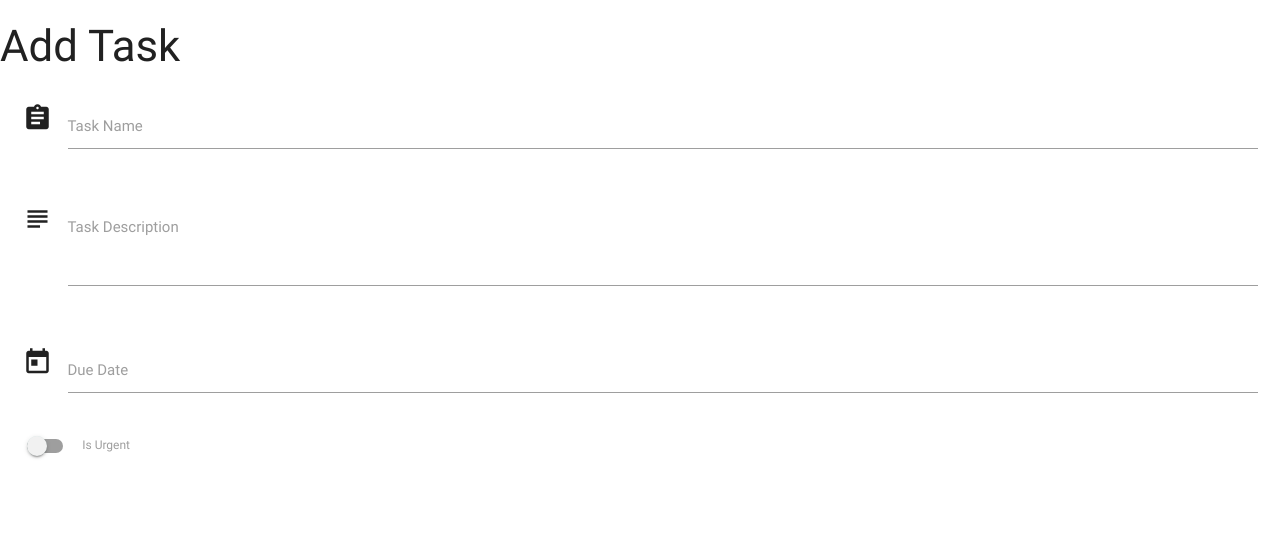
Repository: kalkiboru111/task-manager
Page: http://localhost/add_task
The author's editor kept a record of every edit. The page is drawn from the files as they stood at one moment, then again after the next edit.
The browser window is 1280 px wide. The pictures show the whole page.
The page is served by the project's application, run on Flask 3 (app.py). Queries for data that is not in the repository find no rows.

Above is the page before.
Console error: TypeError: $(...).formSelect is not a function

### templates/addtask.html
{% extends 'base.html' %} {% block content %}
<h3>Add Task</h3>
<div class="row">
    <form action="" method="POST" class="col s12">
        <div class="row">
            <div class="input-field col s12">
                <i class="material-icons prefix">assignment</i>
                <input id="task_name" name="task_name" type="text">
                <label for="icon_prefix">Task Name</label>
            </div>
        </div>
        <div class="row">
            <div class="input-field col s12">
                <i class="material-icons prefix">subject</i>
                <textarea name="task_description" id="task_description" class="materialize-textarea"></textarea>
                <label for="icon_telephone">Task Description</label>
            </div>
        </div>
        <div class="row">
            <div class="input-field col s12" id="matfix">
                <i class="material-icons prefix">today</i>
                <input id="due_date" name="due_date" type="text" class="datepicker">
                <label for="icon_prefix">Due Date</label>
            </div>
        </div>
        <div class="row">
            <div class="switch">
                <label>
                  <input id="is_urgent" name="is_urgent" type="checkbox">
                  <span class="lever"></span>
                  Is Urgent
                </label>
            </div>
        </div>
    </form>
</div>

{% endblock %}

### templates/base.html
<!DOCTYPE html>
<html>

<head>
    <link href="https://fonts.googleapis.com/icon?family=Material+Icons" rel="stylesheet">
    <link rel="stylesheet" href="https://cdnjs.cloudflare.com/ajax/libs/materialize/0.100.2/css/materialize.min.css">
</head>

<body>
    {% block content %} {% endblock %}
    <script src="https://cdnjs.cloudflare.com/ajax/libs/jquery/3.4.1/jquery.min.js" integrity="sha256-CSXorXvZcTkaix6Yvo6HppcZGetbYMGWSFlBw8HfCJo=" crossorigin="anonymous"></script>
    <script src="https://cdnjs.cloudflare.com/ajax/libs/materialize/0.100.2/js/materialize.min.js"></script>
    <script type="text/javascript">
        $(document).ready(function() {
            $('.collapsible').collapsible();
            $('select').formSelect();

            $('.datepicker').pickadate({
                selectMonths: true, // Creates a dropdown to control month
                selectYears: 15, // Creates a dropdown of 15 years to control year,
                today: 'Today',
                clear: 'Clear',
                close: 'Ok',
                closeOnSelect: false // Close upon selecting a date,
            });

            document.getElementById("matfix").addEventListener("click", function(e) {
                e.stopPropagation();
            });
        })
    </script>

</body>

</html>

### app.py
import os
from flask import Flask, render_template, request, redirect, url_for
from flask_pymongo import PyMongo
from bson.objectid import ObjectId


app = Flask(__name__)

app.config["MONGO_DBNAME"] = "task manager"
app.config["MONGO_URI"] = "mongodb+srv://root:83ZQythXiDEUTHCq@myfirstcluster-qstcj.mongodb.net/task_manager?retryWrites=true&w=majority"

mongo = PyMongo(app)

@app.route('/')
@app.route('/get_tasks')
def get_tasks():
    return render_template("tasks.html", tasks=mongo.db.tasks.find())

@app.route('/add_task')
def add_task():
    return render_template("addtask.html",
        categories=mongo.db.categories.find())

if __name__ == '__main__':
    app.run(host=os.environ.get('IP'),
    port=int(os.environ.get('PORT')),
    debug=True)

After the next edit:
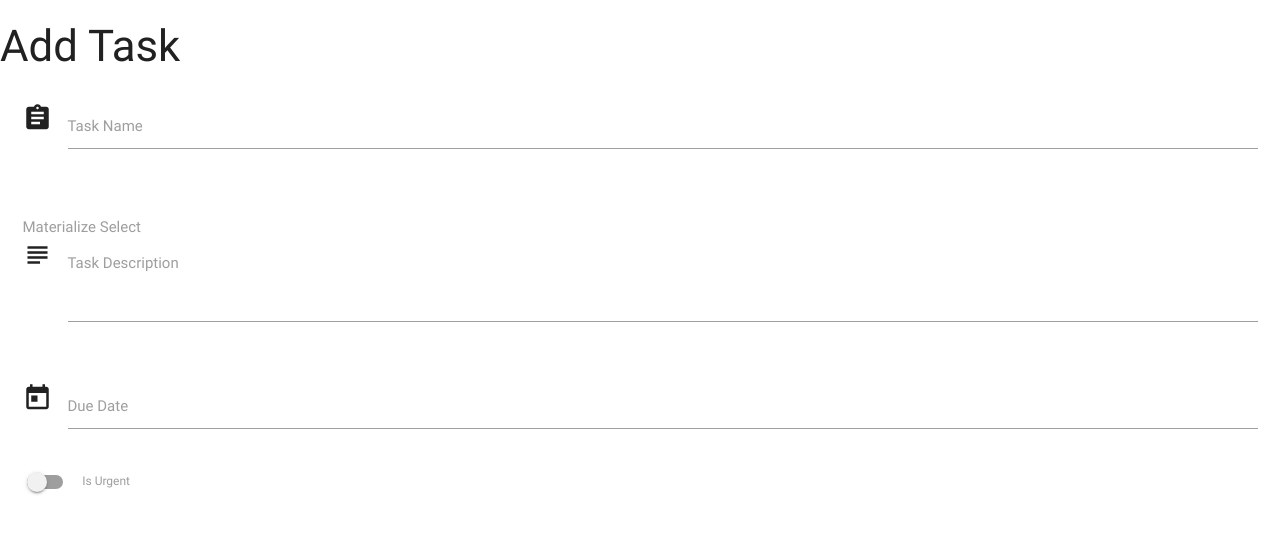
The edit:
--- a/templates/addtask.html
+++ b/templates/addtask.html
@@ -9,6 +9,19 @@
                 <label for="icon_prefix">Task Name</label>
             </div>
         </div>
+        <div class="row">
+            <div class="input-field col s12">
+                <select>
+                    <option value="" disabled selected>Choose your option</option>
+                    <option value="1">Option 1</option>
+                    <option value="2">Option 2</option>
+                    <option value="3">Option 3</option>
+                    </select>
+                <label>Materialize Select</label>
+            </div>
+
+        </div>
+
         <div class="row">
             <div class="input-field col s12">
                 <i class="material-icons prefix">subject</i>
